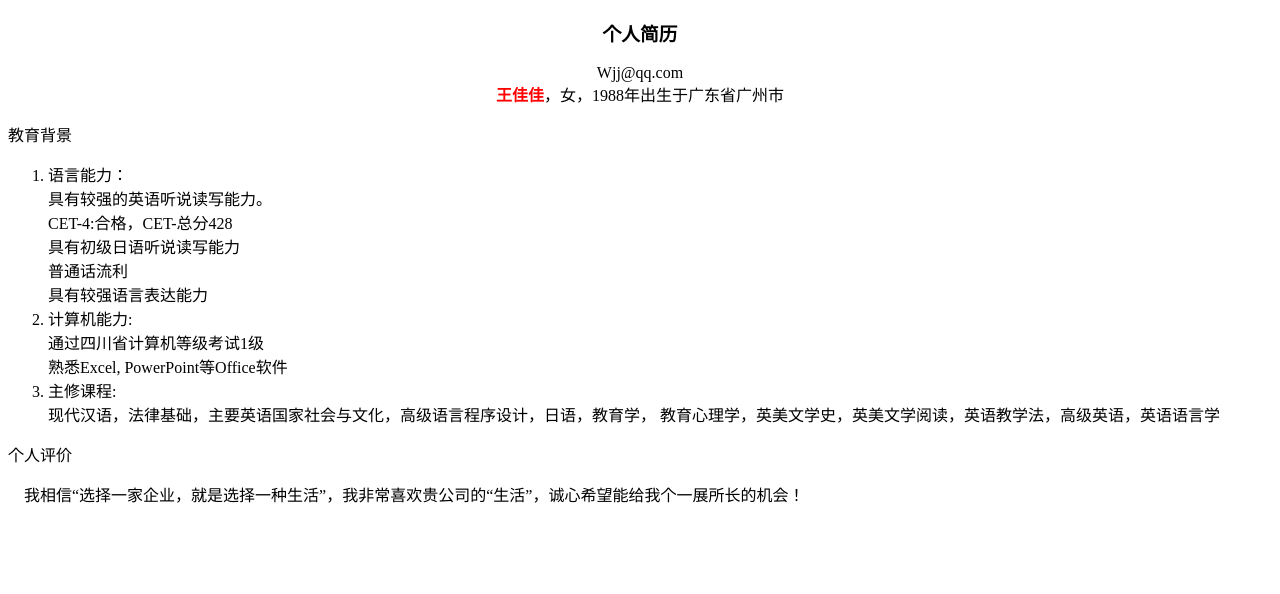
Repository: sheep9590/Test
Page: http://localhost/Prj03/
The author's editor kept a copy of each file at every save. The page is drawn from the files as they stood at one save, then again after the next save.
The browser window is 1280 px wide. The pictures show the whole page.
The page is served by Tomcat 9.

Above is the page before, as saved 2021-09-02 16:25:30.

### eclipse-workspace/Prj03/WebRoot/index.jsp
<%@ page language="java" contentType="text/html; charset=UTF-8"
    pageEncoding="UTF-8"%>
<!DOCTYPE html>
<html>
<head>
<meta charset="UTF-8">
<title>我的第一个 HTML 页面</title>
</head>
<body>
<h3 align="center">个人简历</h3>
<p align="center">Wjj@qq.com<br>
<font color="#FF0000" face="仿宋_GB2312" size="3"><b>王佳佳</b></font>，女，1988年出生于广东省广州市<br></p>
教育背景
<ol>
<li>语言能力：<br>具有较强的英语听说读写能力。<br>CET-4:合格，CET-总分428<br>具有初级日语听说读写能力<br>普通话流利<br>
具有较强语言表达能力 </li>
<li>计算机能力:<br>通过四川省计算机等级考试1级<br>熟悉Excel, PowerPoint等Office软件</li>
<li>主修课程:<br>现代汉语，法律基础，主要英语国家社会与文化，高级语言程序设计，日语，教育学， 教育心理学，英美文学史，英美文学阅读，英语教学法，高级英语，英语语言学</li>
</ol>
个人评价
<p>&nbsp;&nbsp;&nbsp;&nbsp;我相信“选择一家企业，就是选择一种生活”，我非常喜欢贵公司的“生活”，诚心希望能给我个一展所长的机会！</p>
</body>
</html>

After the next save:
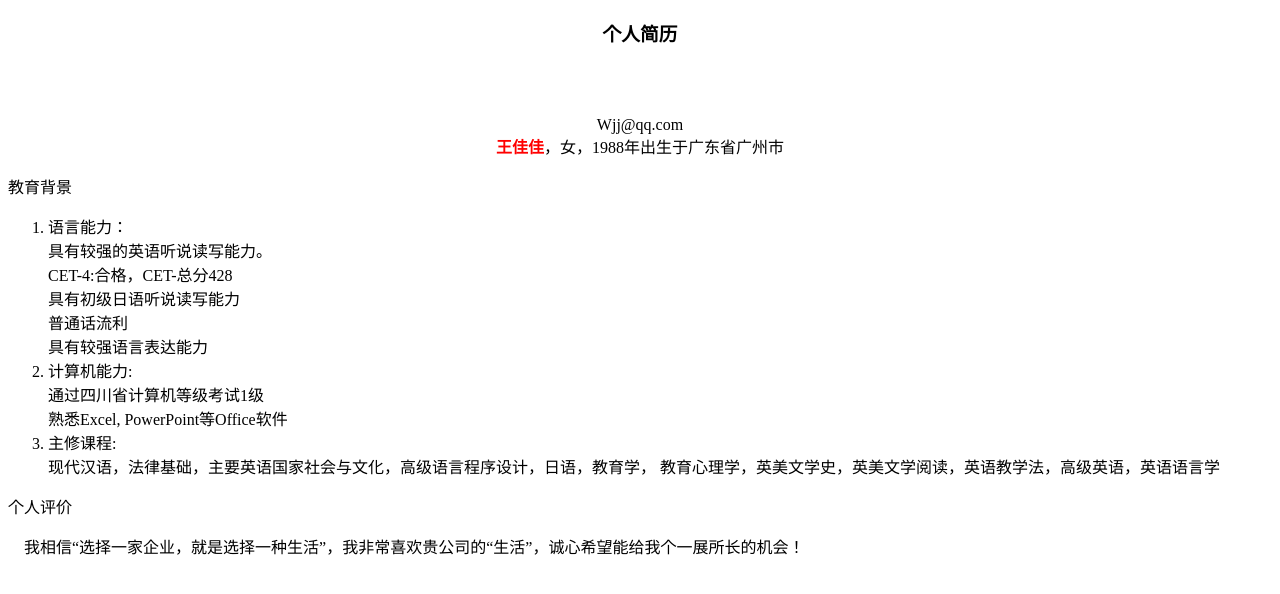
Saved 34 s later.
--- a/eclipse-workspace/Prj03/WebRoot/index.jsp
+++ b/eclipse-workspace/Prj03/WebRoot/index.jsp
@@ -8,6 +8,7 @@
 </head>
 <body>
 <h3 align="center">个人简历</h3>
+<p><br><br></p>
 <p align="center">Wjj@qq.com<br>
 <font color="#FF0000" face="仿宋_GB2312" size="3"><b>王佳佳</b></font>，女，1988年出生于广东省广州市<br></p>
 教育背景
